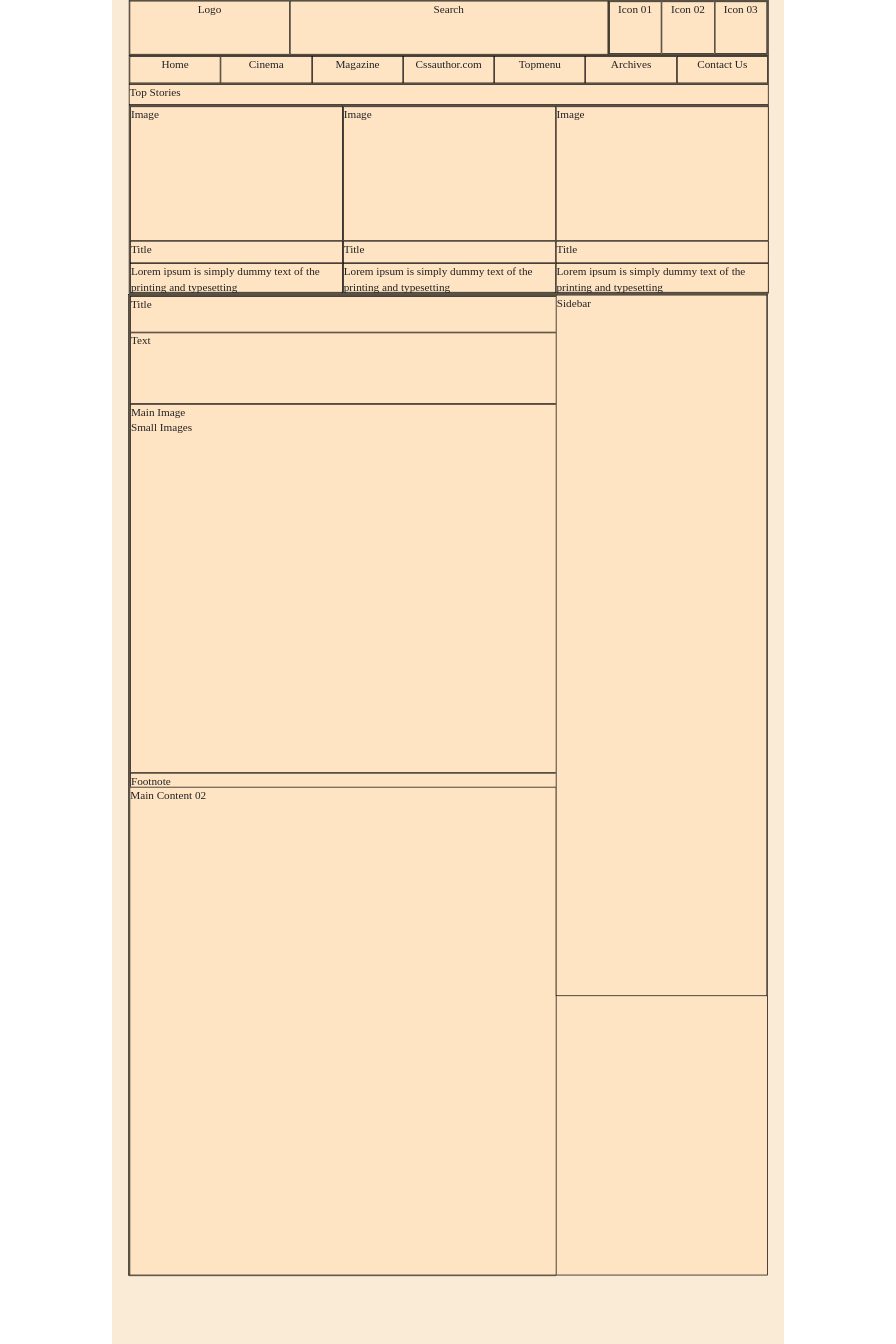
Repository: giovanabirck/cover-magazine-giovanabirck
Page: index.html
These files come from the project's save history. The page is drawn as it stood at one moment and after a run of saves; the edit follows.
The browser window is 1280 px wide. The pictures show the part of the page from y = 0 to 1920 px (the page is 5000 px tall), at 70% of full size.

Above is the page before, as saved 2023-01-14 11:22:55.

### index.html
<!doctype html>
<html class="no-js" lang="">

<head>
  <meta charset="utf-8">
  <title></title>
  <meta name="description" content="">
  <meta name="viewport" content="width=device-width, initial-scale=1">

  <meta property="og:title" content="">
  <meta property="og:type" content="">
  <meta property="og:url" content="">
  <meta property="og:image" content="">

  <link rel="manifest" href="site.webmanifest">
  <link rel="apple-touch-icon" href="icon.png">
  <!-- Place favicon.ico in the root directory -->

  <link rel="stylesheet" href="css/normalize.css">
  <link rel="stylesheet" href="css/main.css">

  <meta name="theme-color" content="#fafafa">
</head>

<body>

  <div class="main-container">

    <div class="header">
      <div class="header-content">
        <div class="header-content-logo">Logo</div>
        <div class="header-content-search">Search</div>
        <div class="header-content-icons">
          <div class="header-content-icons-un">Icon 01</div>
          <div class="header-content-icons-un">Icon 02</div>
          <div class="header-content-icons-un">Icon 03</div>
        </div>
      </div>
      <div class="header-menu">
        <div class="header-menu-un">Home</div>
        <div class="header-menu-un">Cinema</div>
        <div class="header-menu-un">Magazine</div>
        <div class="header-menu-un">Cssauthor.com</div>
        <div class="header-menu-un">Topmenu</div>
        <div class="header-menu-un">Archives</div>
        <div class="header-menu-un">Contact Us</div>
      </div>
    </div>

    <div class="featured">
      <div class="featured-h1">Top Stories</div>
      <div class="featured-stories">
        <div class="featured-stories-un">
          <div class="featured-stories-un-image">Image</div>
          <div class="featured-stories-un-title">Title</div>
          <div class="featured-stories-un-text">Lorem ipsum is simply dummy text of the printing and typesetting</div>
        </div>
        <div class="featured-stories-un">
          <div class="featured-stories-un-image">Image</div>
          <div class="featured-stories-un-title">Title</div>
          <div class="featured-stories-un-text">Lorem ipsum is simply dummy text of the printing and typesetting</div>
        </div>
        <div class="featured-stories-un">
          <div class="featured-stories-un-image">Image</div>
          <div class="featured-stories-un-title">Title</div>
          <div class="featured-stories-un-text">Lorem ipsum is simply dummy text of the printing and typesetting</div>
        </div>
      </div>
    </div>

    <div class="main">
      <div class="main-content">
        <div class="main-content-un">
          <div class="main-content-un-title">Title</div>
          <div class="main-content-un-text">Text</div>
          <div class="main-content-un-images">
            <div class="main-content-un-images-large">Main Image</div>
            <div class="main-content-un-images-small">Small Images</div>
          </div>
          <div class="main-content-un-footnote">Footnote</div>
        </div>
        <div class="main-content-un">Main Content 02</div>
      </div>
      <div class="main-side">Sidebar</div>
    </div>



  </div>

  <script src="js/vendor/modernizr-3.11.2.min.js"></script>
  <script src="js/plugins.js"></script>
  <script src="js/main.js"></script>

  <!-- Google Analytics: change UA-XXXXX-Y to be your site's ID. -->
  <script>
    window.ga = function () { ga.q.push(arguments) }; ga.q = []; ga.l = +new Date;
    ga('create', 'UA-XXXXX-Y', 'auto'); ga('set', 'anonymizeIp', true); ga('set', 'transport', 'beacon'); ga('send', 'pageview')
  </script>
  <script src="https://www.google-analytics.com/analytics.js" async></script>
</body>

</html>

### css/main.css
/*! HTML5 Boilerplate v8.0.0 | MIT License | https://html5boilerplate.com/ */

/* main.css 2.1.0 | MIT License | https://github.com/h5bp/main.css#readme */
/*
 * What follows is the result of much research on cross-browser styling.
 * Credit left inline and big thanks to Nicolas Gallagher, Jonathan Neal,
 * Kroc Camen, and the H5BP dev community and team.
 */

/* ==========================================================================
   Base styles: opinionated defaults
   ========================================================================== */

html {
  color: #222;
  font-size: 1em;
  line-height: 1.4;
  margin: 0px 160px 0px 160px;
}

/*
 * Remove text-shadow in selection highlight:
 * https://twitter.com/miketaylr/status/12228805301
 *
 * Vendor-prefixed and regular ::selection selectors cannot be combined:
 * https://stackoverflow.com/a/16982510/7133471
 *
 * Customize the background color to match your design.
 */

::-moz-selection {
  background: #b3d4fc;
  text-shadow: none;
}

::selection {
  background: #b3d4fc;
  text-shadow: none;
}

/*
 * A better looking default horizontal rule
 */

hr {
  display: block;
  height: 1px;
  border: 0;
  border-top: 1px solid #ccc;
  margin: 1em 0;
  padding: 0;
}

/*
 * Remove the gap between audio, canvas, iframes,
 * images, videos and the bottom of their containers:
 * https://github.com/h5bp/html5-boilerplate/issues/440
 */

audio,
canvas,
iframe,
img,
svg,
video {
  vertical-align: middle;
}

/*
 * Remove default fieldset styles.
 */

fieldset {
  border: 0;
  margin: 0;
  padding: 0;
}

/*
 * Allow only vertical resizing of textareas.
 */

textarea {
  resize: vertical;
}

/* ==========================================================================
   Author's custom styles
   ========================================================================== */

/* ==========================================================================
   Helper classes
   ========================================================================== */

/*
 * Hide visually and from screen readers
 */

.hidden,
[hidden] {
  display: none !important;
}

/*
 * Hide only visually, but have it available for screen readers:
 * https://snook.ca/archives/html_and_css/hiding-content-for-accessibility
 *
 * 1. For long content, line feeds are not interpreted as spaces and small width
 *    causes content to wrap 1 word per line:
 *    https://medium.com/@jessebeach/beware-smushed-off-screen-accessible-text-5952a4c2cbfe
 */

.sr-only {
  border: 0;
  clip: rect(0, 0, 0, 0);
  height: 1px;
  margin: -1px;
  overflow: hidden;
  padding: 0;
  position: absolute;
  white-space: nowrap;
  width: 1px;
  /* 1 */
}

/*
 * Extends the .sr-only class to allow the element
 * to be focusable when navigated to via the keyboard:
 * https://www.drupal.org/node/897638
 */

.sr-only.focusable:active,
.sr-only.focusable:focus {
  clip: auto;
  height: auto;
  margin: 0;
  overflow: visible;
  position: static;
  white-space: inherit;
  width: auto;
}

/*
 * Hide visually and from screen readers, but maintain layout
 */

.invisible {
  visibility: hidden;
}

/*
 * Clearfix: contain floats
 *
 * For modern browsers
 * 1. The space content is one way to avoid an Opera bug when the
 *    `contenteditable` attribute is included anywhere else in the document.
 *    Otherwise it causes space to appear at the top and bottom of elements
 *    that receive the `clearfix` class.
 * 2. The use of `table` rather than `block` is only necessary if using
 *    `:before` to contain the top-margins of child elements.
 */

.clearfix::before,
.clearfix::after {
  content: " ";
  display: table;
}

.clearfix::after {
  clear: both;
}

/* ==========================================================================
   EXAMPLE Media Queries for Responsive Design.
   These examples override the primary ('mobile first') styles.
   Modify as content requires.
   ========================================================================== */

@media only screen and (min-width: 35em) {
  /* Style adjustments for viewports that meet the condition */
}

@media print,
  (-webkit-min-device-pixel-ratio: 1.25),
  (min-resolution: 1.25dppx),
  (min-resolution: 120dpi) {
  /* Style adjustments for high resolution devices */
}

/* ==========================================================================
   Print styles.
   Inlined to avoid the additional HTTP request:
   https://www.phpied.com/delay-loading-your-print-css/
   ========================================================================== */

@media print {
  *,
  *::before,
  *::after {
    background: #fff !important;
    color: #000 !important;
    /* Black prints faster */
    box-shadow: none !important;
    text-shadow: none !important;
  }

  a,
  a:visited {
    text-decoration: underline;
  }

  a[href]::after {
    content: " (" attr(href) ")";
  }

  abbr[title]::after {
    content: " (" attr(title) ")";
  }

  /*
   * Don't show links that are fragment identifiers,
   * or use the `javascript:` pseudo protocol
   */
  a[href^="#"]::after,
  a[href^="javascript:"]::after {
    content: "";
  }

  pre {
    white-space: pre-wrap !important;
  }

  pre,
  blockquote {
    border: 1px solid #999;
    page-break-inside: avoid;
  }

  /*
   * Printing Tables:
   * https://web.archive.org/web/20180815150934/http://css-discuss.incutio.com/wiki/Printing_Tables
   */
  thead {
    display: table-header-group;
  }

  tr,
  img {
    page-break-inside: avoid;
  }

  p,
  h2,
  h3 {
    orphans: 3;
    widows: 3;
  }

  h2,
  h3 {
    page-break-after: avoid;
  }
}

.main-container{
  background-color: antiquewhite;
  width: 100%;
  height: 5000px;
  display: flex;
  flex-direction: column;
  align-items: center;
}

.header {
  width: 95%;
  height: 120px;
  display: flex;
  flex-direction: column;
  justify-content: center;
}

.header-content{
  background-color: bisque;
  border: solid 1px black;
  width: 100%;
  height: 80px;
  display: flex;
}

.header-content-logo{
  background-color: bisque;
  border: solid 1px black;
  width: 33%;
  text-align: center;
}

.header-content-search{
  background-color: bisque;
  border: solid 1px black;
  width: 66%;
  text-align: center;
}

.header-content-icons{
  background-color: bisque;
  border: solid 1px black;
  width: 33%;
  text-align: center;
  display: flex;
}

.header-content-icons-un{
  background-color: bisque;
  border: solid 1px black;
  width: 100%;
  text-align: center;
}

.header-menu{
  background-color: bisque;
  border: solid 1px black;
  width: 100%;
  height: 40px;
  text-align: center;
  display: flex;
}

.header-menu-un{
  background-color: bisque;
  border: solid 1px black;
  width: 100%;
  text-align: center;
}

.featured{
  width: 95%;
  height: 300px;
  display: flex;
  flex-direction: column;
}

.featured-h1{
  background-color: bisque;
  border: solid 1px black;
  width: 100%;
  height: 40px;
}

.featured-stories{
  background-color: bisque;
  border: solid 1px black;
  width: 100%;
  height: 300px;
  display: flex;
}

.featured-stories-un{
  background-color: bisque;
  border: solid 1px black;
  width: 100%;
}

.featured-stories-un-image{
  background-color: bisque;
  border: solid 1px black;
  width: 100%;
  height: 190px;
}

.featured-stories-un-title{
  background-color: bisque;
  border: solid 1px black;
  width: 100%;
  height: 30px;
}

.featured-stories-un-text{
  background-color: bisque;
  border: solid 1px black;
  width: 100%;
  height: 40px;
}

.main{
  background-color: bisque;
  border: solid 1px black;
  width: 95%;
  height: 1400px;
  display: flex;
}

.main-content{
  background-color: bisque;
  border: solid 1px black;
  width: 67%;
  height: 1400px;
  display: flex;
  flex-direction: column;
}

.main-content-un{
  background-color: bisque;
  border: solid 1px black;
  width: 100%;
  height: 700px;
}

.main-content-un-title{
  background-color: bisque;
  border: solid 1px black;
  width: 100%;
  height: 50px;
}

.main-content-un-text{
  background-color: bisque;
  border: solid 1px black;
  width: 100%;
  height: 100px;
}

.main-content-un-images{
  background-color: bisque;
  border: solid 1px black;
  width: 100%;
  height: 525px;
}

.main-content-un-footnote{
  background-color: bisque;
  border: solid 1px black;
  width: 100%;
  height: 25px;
}

.main-side{
  background-color: bisque;
  border: solid 1px black;
  width: 33%;
  height: 1000px;
}

### js/plugins.js
// Avoid `console` errors in browsers that lack a console.
(function() {
  var method;
  var noop = function () {};
  var methods = [
    'assert', 'clear', 'count', 'debug', 'dir', 'dirxml', 'error',
    'exception', 'group', 'groupCollapsed', 'groupEnd', 'info', 'log',
    'markTimeline', 'profile', 'profileEnd', 'table', 'time', 'timeEnd',
    'timeline', 'timelineEnd', 'timeStamp', 'trace', 'warn'
  ];
  var length = methods.length;
  var console = (window.console = window.console || {});

  while (length--) {
    method = methods[length];

    // Only stub undefined methods.
    if (!console[method]) {
      console[method] = noop;
    }
  }
}());

// Place any jQuery/helper plugins in here.

Loaded but not shown: css/normalize.css (library); js/vendor/modernizr-3.11.2.min.js (library); js/main.js (no stored copy; drawn as an empty file)

After the next 2 saves:
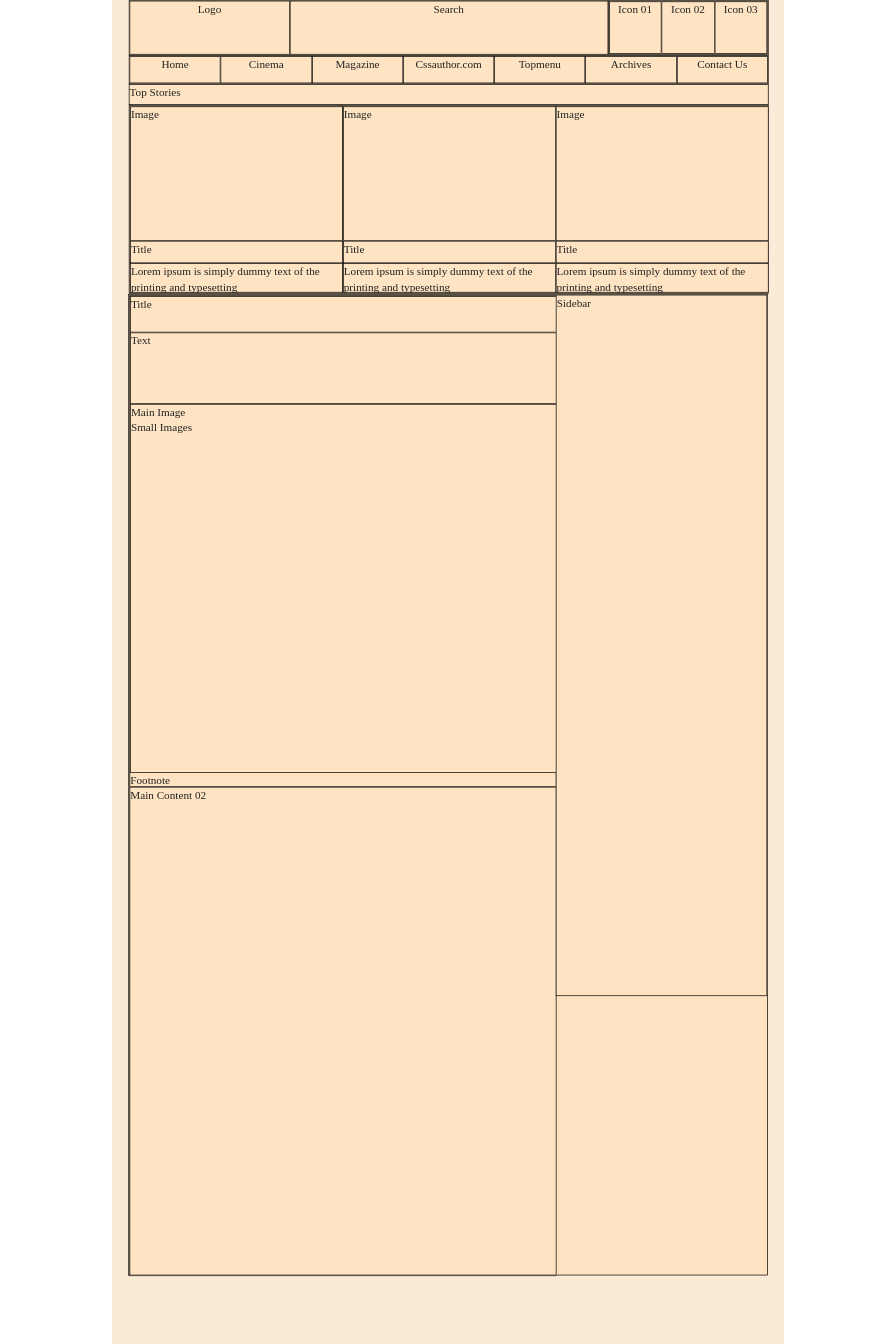
The 2 saves are shown as one change because they came seconds apart.
The last was saved 10 s later.
--- a/css/main.css
+++ b/css/main.css
@@ -426,6 +426,8 @@
   height: 525px;
 }
 
+class="main-content-un-images-large
+
 .main-content-un-footnote{
   background-color: bisque;
   border: solid 1px black;

After the save that followed:
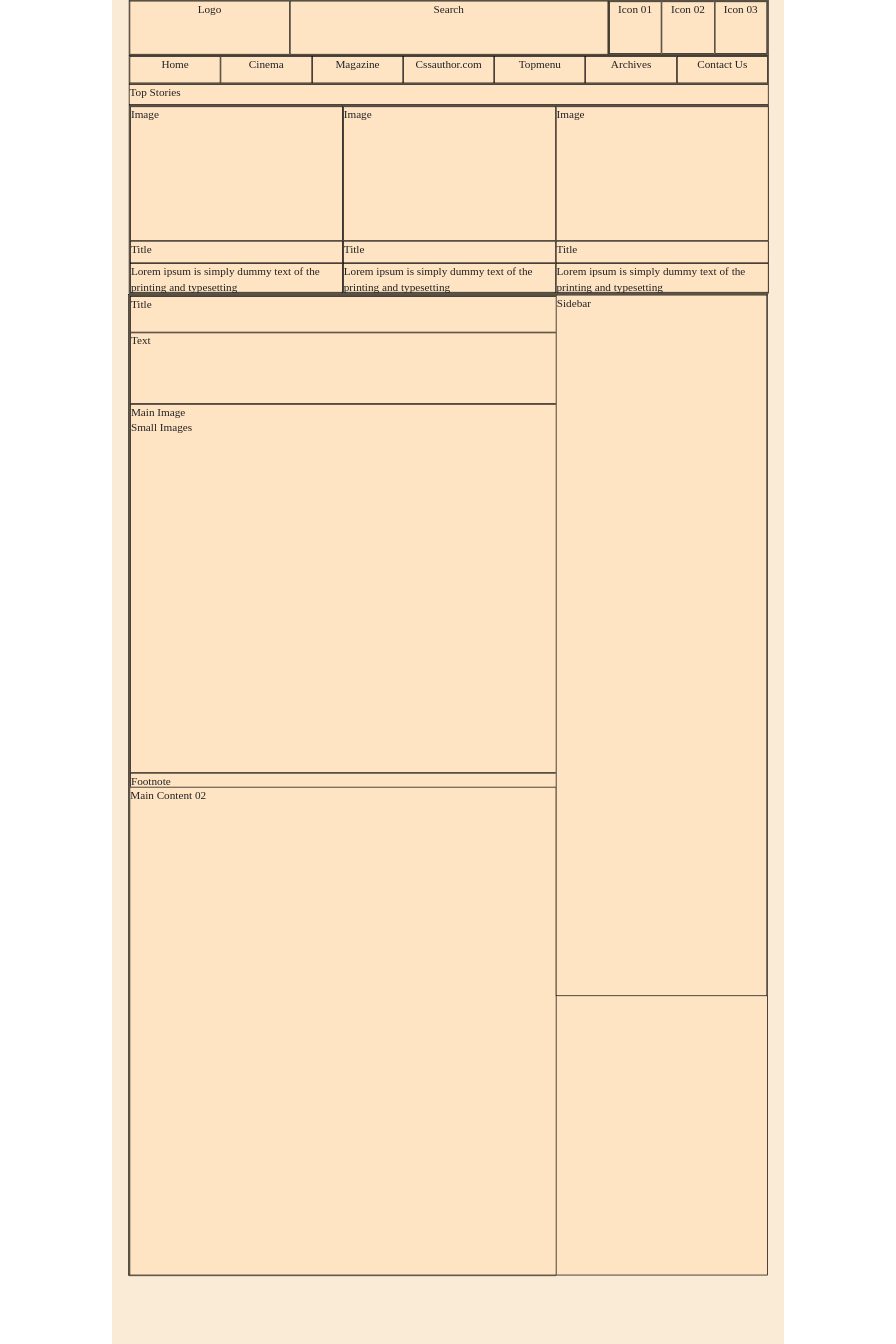
Saved 4 s later.
--- a/css/main.css
+++ b/css/main.css
@@ -426,7 +426,9 @@
   height: 525px;
 }
 
-class="main-content-un-images-large
+.main-content-un-images-large{
+
+}
 
 .main-content-un-footnote{
   background-color: bisque;
